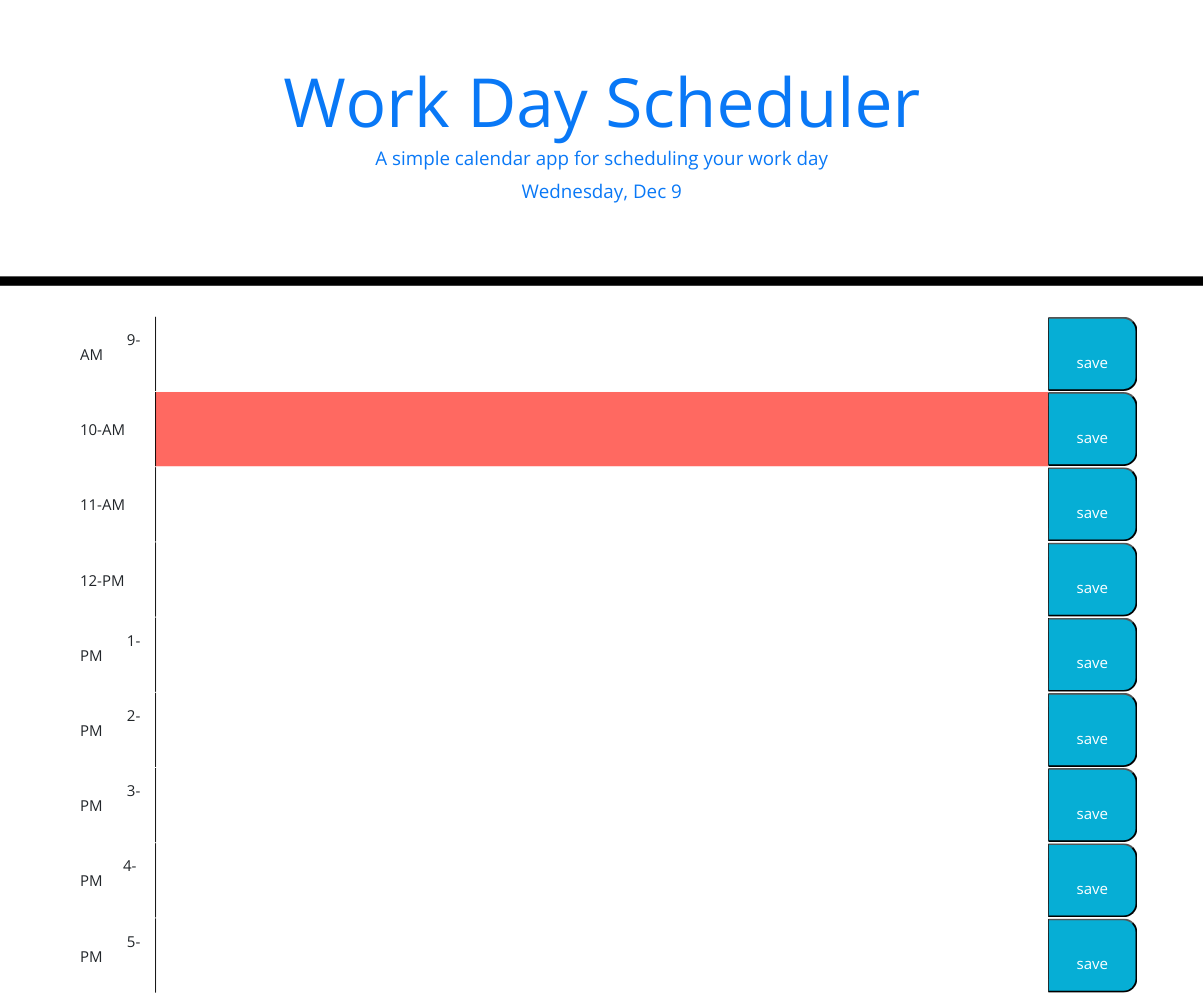
Repository: Mf948/DailyPlannerJS
Page: Develop/index.html
The author's editor kept a copy of each file at every save. The page is drawn from the files as they stood at one save, then again after the next save.
The browser window is 1280 px wide. The pictures show the whole page, at 94% of full size.
Some web libraries are served in a nearby version.

Above is the page before, as saved 2020-12-09 17:21:22.

After the next save:
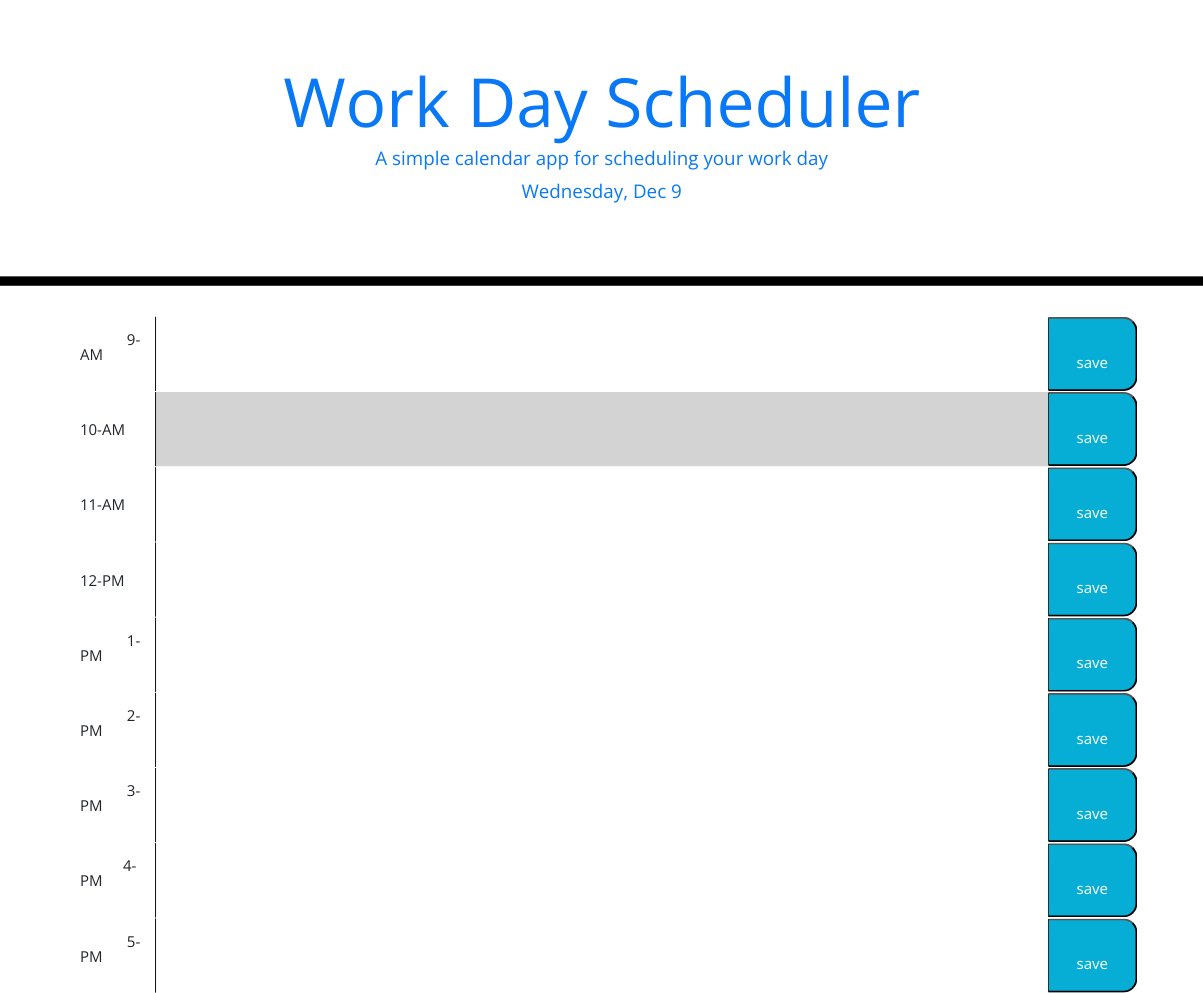
Saved 26 s later.
--- a/Develop/index.html
+++ b/Develop/index.html
@@ -46,7 +46,7 @@
           <div class="col-1">
             10-AM
           </div>
-          <textarea class="col-10 present">
+          <textarea class="col-10 past">
 
           </textarea>
           <button class="col-1 saveBtn">
